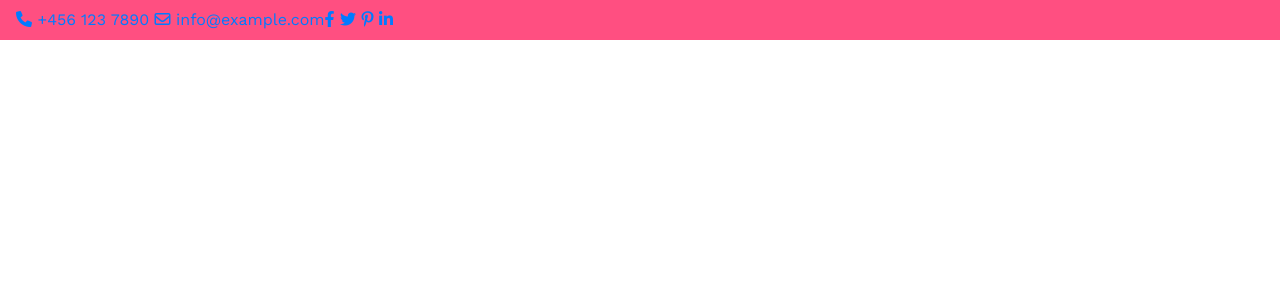
Repository: nguyenbinhminh/instruction_clone
Page: index.html
These files come from the project's save history. The page is drawn as it stood at one moment and after the next save; the edit follows.
The browser window is 1280 px wide. The pictures show the whole page.

Above is the page before, as saved 2021-09-29 21:41:21.

### index.html
<!DOCTYPE html>
<html lang="en">
	<head>
		<meta charset="UTF-8" />
		<meta http-equiv="X-UA-Compatible" content="IE=edge" />
		<meta name="viewport" content="width=device-width, initial-scale=1.0" />
		<title>Instruction</title>

		<!-- FONT GOOGLE -->
		<link rel="preconnect" href="https://fonts.googleapis.com" />
		<link rel="preconnect" href="https://fonts.gstatic.com" crossorigin />
		<link
			href="https://fonts.googleapis.com/css2?family=Work+Sans:ital,wght@0,100;0,200;0,300;0,400;0,500;0,600;0,700;0,800;0,900;1,100;1,200;1,300;1,400;1,500;1,600;1,700;1,800;1,900&display=swap"
			rel="stylesheet"
		/>

		<!-- FONT AWESOME -->
		<link
			rel="stylesheet"
			href="https://cdnjs.cloudflare.com/ajax/libs/font-awesome/6.0.0-beta2/css/all.min.css"
			integrity="sha512-YWzhKL2whUzgiheMoBFwW8CKV4qpHQAEuvilg9FAn5VJUDwKZZxkJNuGM4XkWuk94WCrrwslk8yWNGmY1EduTA=="
			crossorigin="anonymous"
			referrerpolicy="no-referrer"
		/>

		<!-- BOOTTRAP -->
		<link rel="stylesheet" href="./css/bootstrap.min.css" />

		<!-- MAIN CSS -->
		<link rel="stylesheet" href="./css/index.css" />
	</head>
	<body>
		<!-- HEADER -->
		<header>
			<div class="header__top d-flex container-fluid">
				<div class="header__left">
					<a href="tel:+456 123 7890">
						<i class="fas fa-phone"></i>
						<span>+456 123 7890</span>
					</a>
					<a href="mailto:info@example.com">
						<i class="far fa-envelope"></i>
						<span>info@example.com</span>
					</a>
				</div>
				<div class="header__right">
					<a href="#">
						<i class="fab fa-facebook-f"></i>
					</a>
					<a href="#">
						<i class="fab fa-twitter"></i>
					</a>
					<a href="#">
						<i class="fab fa-pinterest-p"></i>
					</a>
					<a href="#">
						<i class="fab fa-linkedin-in"></i>
					</a>
				</div>
			</div>
		</header>
		<!-- CAROUSEL -->
		<section class="instruction-carousel"></section>
		<!-- WELCOM -->
		<section class="welcome"></section>
		<!-- OUR STATS -->
		<section class="stats"></section>
		<!-- OFFER -->
		<section class="offer"></section>
		<!-- Testimonials -->
		<section class="testimonials"></section>
		<!-- NEWS -->
		<section class="news"></section>
		<!-- FOOTER -->
		<footer></footer>

		<!-- jQuery -->
		<script src="./js/jquery-3.6.0.min.js"></script>
		<!-- BOOTSTRAP -->
		<script src="./js/bootstrap.bundle.min.js"></script>
	</body>
</html>

### css/index.css
html {
	box-sizing: border-box;
	font-size: 62.5%;
}
body {
	font-size: 1.6rem;
	font-family: "Work Sans", sans-serif;
	font-weight: normal;
}
/* HEADER */
.header__top {
	background-color: #ff4f81;
	padding: 0.8rem 1.6rem;
}

Loaded but not shown: css/bootstrap.min.css (library); js/jquery-3.6.0.min.js (library); js/bootstrap.bundle.min.js (library)

After the next save:
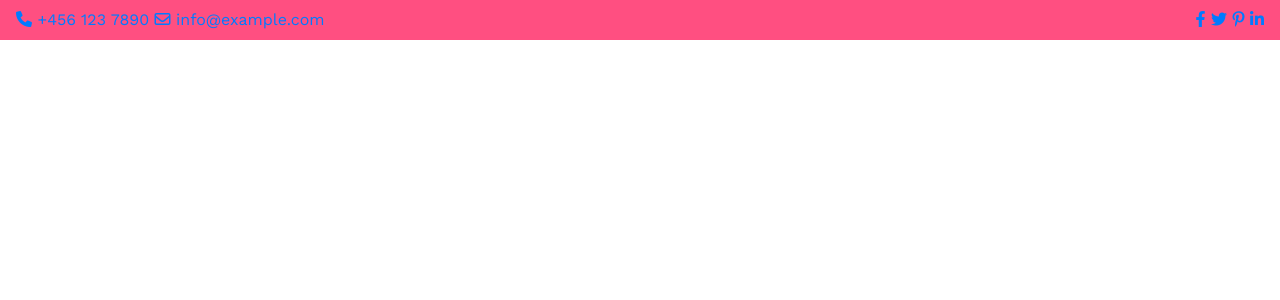
Saved 20 s later.
--- a/index.html
+++ b/index.html
@@ -32,7 +32,7 @@
 	<body>
 		<!-- HEADER -->
 		<header>
-			<div class="header__top d-flex container-fluid">
+			<div class="header__top d-flex justify-content-between container-fluid">
 				<div class="header__left">
 					<a href="tel:+456 123 7890">
 						<i class="fas fa-phone"></i>
